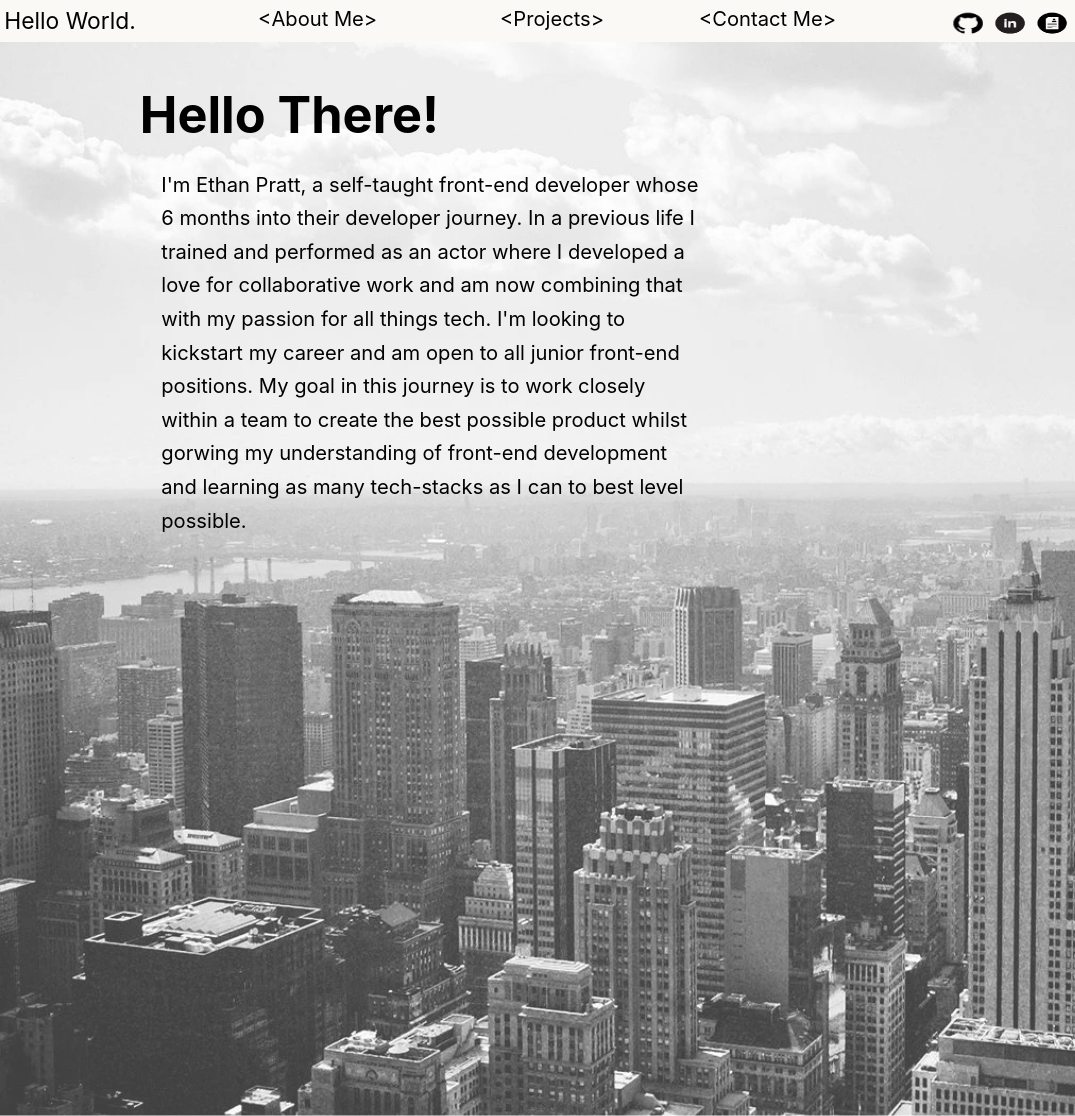
Repository: ghend99/website_ethan_pratt
Page: /about
These files come from the project's save history. The page is drawn as it stood at one moment and after the next save; the edit follows.
The browser window is 1280 px wide. The pictures show the whole page, at 84% of full size.
The project was rebuilt for these pictures with package versions that can differ from the ones it lists, and the page was loaded fresh each time. Also part of the build but not shown: src/pages/home.js, src/pages/project.js, src/css/contact.css, src/pages/contact.js.

Above is the page before, as saved 2023-04-03 12:20:37.

### public/index.html
<!DOCTYPE html>
<html lang="en">
  <head>
    <meta charset="utf-8" />
    <link rel="icon" href="%PUBLIC_URL%/favicon.ico" />
    <meta name="viewport" content="width=device-width, initial-scale=1" />
    <meta name="theme-color" content="#000000" />
    <meta
      name="description"
      content="Web site created using create-react-app"
    />
    <link rel="apple-touch-icon" href="%PUBLIC_URL%/logo192.png" />
    <!--
      manifest.json provides metadata used when your web app is installed on a
      user's mobile device or desktop. See https://developers.google.com/web/fundamentals/web-app-manifest/
    -->
    <link rel="manifest" href="%PUBLIC_URL%/manifest.json" />
    <!--
      Notice the use of %PUBLIC_URL% in the tags above.
      It will be replaced with the URL of the `public` folder during the build.
      Only files inside the `public` folder can be referenced from the HTML.

      Unlike "/favicon.ico" or "favicon.ico", "%PUBLIC_URL%/favicon.ico" will
      work correctly both with client-side routing and a non-root public URL.
      Learn how to configure a non-root public URL by running `npm run build`.
    -->
    <title>Ethan Pratt | Junior Front-End Developer</title>
  </head>
  <body>
    <noscript>You need to enable JavaScript to run this app.</noscript>
    <div id="root"></div>
    <!--
      This HTML file is a template.
      If you open it directly in the browser, you will see an empty page.

      You can add webfonts, meta tags, or analytics to this file.
      The build step will place the bundled scripts into the <body> tag.

      To begin the development, run `npm start` or `yarn start`.
      To create a production bundle, use `npm run build` or `yarn build`.
    -->
  </body>
</html>

### src/App.js
import { BrowserRouter as Router, Routes, Route } from "react-router-dom";
import { Home } from "./pages/home";
import { About } from "./pages/about.js";
import { Project } from "./pages/project.js";
import { Contact } from "./pages/contact.js";

function App() {
  return (
    <div className="App">
      <Router>
        <Routes>
          <Route path="/" element={<Home />} />
          <Route path="/projects" element={<Project />} />
          <Route path="/about" element={<About />} />
          <Route path="/contact" element={<Contact />} />
        </Routes>
      </Router>
    </div>
  );
}

export default App;

### src/pages/about.js
import "../css/about.css";
import { Header } from "../components/header.js";
import html from "../images/html.png";
import css from "../images/css.png";
import javascript from "../images/javascript.png";
import react from "../images/react.png";

export const About = () => {
  return (
    <div className="bg">
      <Header />
      <div className="about-container">
        {/* Infomration Container */}
        <div className="info-container">
          <section className="about">
            <h1 className="about-header">Hello There!</h1>
            <p className="about-paragraph">
              I'm Ethan Pratt, a self-taught front-end developer whose 6 months
              into their developer journey. In a previous life I trained and
              performed as an actor where I developed a love for collaborative
              work and am now combining that with my passion for all things
              tech. I'm looking to kickstart my career and am open to all junior
              front-end positions. My goal in this journey is to work closely
              within a team to create the best possible product whilst gorwing
              my understanding of front-end development and learning as many
              tech-stacks as I can to best level possible.
            </p>
          </section>
          <div className="technology"></div>
        </div>
      </div>
    </div>
  );
};

### src/components/header.js
import React, { useState } from "react";
import { Link } from "react-router-dom";
import "../css/header.css";
import github from "../images/github.png";
import linkedin from "../images/linkedin.png";
import resume from "../images/resume.png";
import menu from "../images/menu.png";

export const Header = () => {
  return (
    <div className="header-container">
      <Link className="header-title" to="/">
        Hello World.
      </Link>
      <Link id="header-nav" className="header-projects" to="/projects">
        &lt;Projects&gt;
      </Link>
      <Link id="header-nav" className="header-about" to="/about">
        &lt;About Me&gt;
      </Link>
      <Link id="header-nav" className="header-contact" to="/contact">
        &lt;Contact Me&gt;
      </Link>
      <a href="https://github.com/ghend99" target={"_blank"}>
        <img id="header-socials" className="header-github" src={github} />
      </a>
      <a href="https://www.linkedin.com/in/ethanapratt/" target={"_blank"}>
        <img id="header-socials" className="header-linkedin" src={linkedin} />
      </a>
      <a
        href="https://acrobat.adobe.com/link/review?uri=urn:aaid:scds:US:74a2b676-94fc-39cd-90a1-4f5be50c7792"
        target={"_blank"}
      >
        <img id="header-socials" className="header-resume" src={resume} />
      </a>

      <div className="header-socials-list">
        <a href="https://github.com/ghend99" target={"_blank"}>
          <p className="header-socials-text">Github</p>
        </a>
        <a href="https://www.linkedin.com/in/ethanapratt/" target={"_blank"}>
          <p className="header-socials-text">LinkedIn</p>
        </a>
        <a href="https://www.linkedin.com/in/ethanapratt/" target={"_blank"}>
          <p className="header-socials-text">Resume</p>
        </a>
      </div>
    </div>
  );
};

### src/css/home.css
@import url("https://fonts.googleapis.com/css2?family=Bitter&display=swap");

#center-container {
  position: relative;
  max-width: 25%;
  min-width: 500px;
  height: 20%;
  border-bottom: solid;
  /* background-color: aqua; */
  margin-left: auto;
  margin-right: auto;
  top: 10%;
  text-align: center;
  padding: 70px 0;
}

.home-name {
  top: 0;
  font-size: 50px;
  font-weight: bold;
}

.home-job-title {
  font-size: 32px;
  font-family: "Bitter";
}

.home-resume,
.home-github,
.home-linkedin {
  position: absolute;
  bottom: -50px;
  text-decoration: none;
  color: black;
  font-size: 20px;
  font-weight: bold;
  height: 50px;
  padding-bottom: 10px;
}

.home-resume:hover,
.home-github:hover,
.home-linkedin:hover {
  border-bottom: solid;
}

.home-github {
  left: 0;
}

.home-linkedin {
  left: 45%;
}

.home-resume {
  right: 0;
}

### src/css/about.css
.about-container {
  position: relative;
  max-width: 100%;
  min-width: 600px;
  max-height: 100%;
  min-height: 550px;
  /* background-color: lightyellow; */
}

.info-container {
  position: relative;
  max-width: 100%;
  min-width: 530px;
  max-height: 100%;
  min-height: 420px;
  top: 50px;
  /* background-color: lightgreen; */
}

.about-header {
  position: absolute;
  /* display: inline-block; */
  left: 13%;
  margin: 0;
  font-size: 60px;
}

.about-paragraph {
  position: absolute;
  top: 100px;
  left: 15%;
  max-width: 50%;
  min-width: 500px;
  margin: 0;
  font-size: 24px;
  line-height: 40px;
}

.technology {
  width: 100%;
  max-height: 200px;
  min-height: 100px;
}

### src/css/header.css
@import url("https://fonts.googleapis.com/css2?family=Bitter&display=swap");

.header-socials-text {
  color: black;
  text-decoration: none;
  border-bottom: none;
}

.header-container {
  position: relative;
  display: flex;
  flex-direction: row;
  max-width: 100%;
  min-width: 530px;
  max-height: 200px;
  min-height: 50px;
  background-color: #faf9f6;
  /* padding-top: 20px; */
}

.header-title {
  position: absolute;
  left: 5px;
  margin: 0;
  margin-right: clamp(20px, 50px, 30px);
  font-size: clamp(1rem, 4vw, 1.7rem);
  top: 8px;
  text-decoration: none;
  color: black;
}

#header-nav {
  position: absolute;
  display: flex;
  font-size: clamp(1rem, 4vw, 1.5rem);
  margin: 0;
  margin-right: clamp(20px, 50px, 30px);
  top: 8px;
}

.header-projects {
  left: clamp(30%, 46.5%, 60%);
  text-decoration: none;
  color: black;
}

.header-about {
  margin: 0;
  margin-left: 50px;
  margin-right: 100px;
  left: clamp(5px, 24%, 55%);
  text-decoration: none;
  color: black;
}

.header-contact {
  left: clamp(20%, 65%, 70%);
  text-decoration: none;
  color: black;
}

#header-socials {
  max-width: 11%;
  min-width: 35px;
  max-height: 50%;
  min-height: 10px;
  top: 15px;
  cursor: pointer;
}

#header-nav:hover {
  border-bottom: solid;
}

.header-github {
  position: absolute;
  right: clamp(10px, 12%, 110px);
}

.header-linkedin {
  position: absolute;
  right: clamp(5px, 10%, 60px);
}

.header-resume {
  position: absolute;
  right: clamp(10px, 10%, 10px);
}

.bg {
  position: relative;
  max-width: 100%;
  min-width: 650px;
  height: 100vh;
  min-height: 83rem;
  background-size: cover;
  background-repeat: no-repeat;
  background-position: center center;
}

.bg::before {
  content: "";
  background-image: url(../images/background-image.jpg);
  background-size: cover;
  position: absolute;
  top: 0px;
  right: 0px;
  bottom: 0px;
  left: 0px;
  opacity: 0.75;
}

.header-socials-list {
  position: absolute;
  right: 10px;
  top: 50px;
  font-size: 12px;
  font-weight: bold;
  font-family: "Bitter";
  color: black;
  opacity: 0;
  transition: all 0.2s;
}

@media screen and (min-width: 0) and (max-width: 1028px) {
  #header-socials {
    display: none;
  }

  .header-socials-list {
    opacity: 1;
  }
}

@media screen and (min-width: 0) and (max-width: 612px) {
  #header-nav {
    top: 13px;
    font-size: 22px;
  }

  .header-socials-menu {
    top: 15px;
    right: 10px;
    width: 20px;
    height: 20px;
  }
}

@media screen and (min-width: 0) and (max-width: 554px) {
  #header-nav {
    font-size: 20px;
  }

  .header-title {
    top: 15px;
    font-size: 16px;
  }
}

### src/css/project.css
@import url("https://fonts.googleapis.com/css2?family=Bitter&display=swap");

#projects-container {
  position: absolute;
  display: grid;
  grid-template-columns: 1fr 1fr 1fr;
  grid-template-rows: 3fr;
  max-width: 80%;
  min-width: 70%;
  max-height: 400vh;
  min-height: 150px;
  background-color: blue;
  /* opacity: 0.7; */
  left: 10%;
  top: 10%;
}

#single-project {
  position: relative;
  max-width: 100%;
  max-height: 600px;
  min-height: clamp(30%, 450px, 800px);
  border: solid;
  text-align: center;
  background-color: #faf9f6;
}

.project-name {
  font-family: "Bitter";
  font-size: clamp(18px, 24px, 30px);
}

#project-image {
  position: relative;
  max-width: 80%;
  max-height: 75%;
  min-height: 20%;
  top: -10px;
  margin-left: auto;
  margin-right: auto;
}

.image {
  width: 70%;
}

.project-footer {
  position: absolute;
  display: grid;
  grid-template-columns: 1fr 1fr 1fr;
  text-align: center;
  width: 100%;
  height: 6%;
  bottom: 0;
}

.source-link,
.source-demo,
.project-info {
  position: absolute;
  text-decoration: none;
  color: black;
  font-size: clamp(0.8rem, 0.5vw, 0.8rem);
  font-weight: bold;
  height: 20px;
  cursor: pointer;
}

.source-link {
  left: 5px;
}

.source-demo {
  right: 5px;
}

#project-information {
  font-size: 14px;
}

.source-link:hover,
.source-demo:hover,
.project-info:hover {
  border-bottom: solid;
}

@media screen and (min-width: 0) and (max-width: 1028px) {
  #project-container {
    grid-template-columns: 1fr 1fr 1fr;
  }

  #single-project {
    height: 50%;
  }

  .project-footer {
    grid-template-rows: 0.5fr;
    bottom: 0;
  }

  .source-link,
  .source-demo,
  .project-info {
    font-size: 10px;
    font-weight: bold;
  }

  .source-link {
    margin: 0;
  }

  .source-demo {
    margin: 0;
    right: 7px;
  }

  .project-info {
    margin: 0;
    top: -4px;
  }
}

@media screen and (min-width: 0) and (max-width: 708px) {
  #projects-container {
    height: 20%;
  }

  .project-footer {
    bottom: 0;
  }

  .source-link,
  .source-demo,
  .project-info {
    font-size: 8px;
  }

  /* #single-project {
    min-height: 300px;
  } */
}

Loaded but not shown: src/index.js (common file); src/index.css (common file)

After the next save:
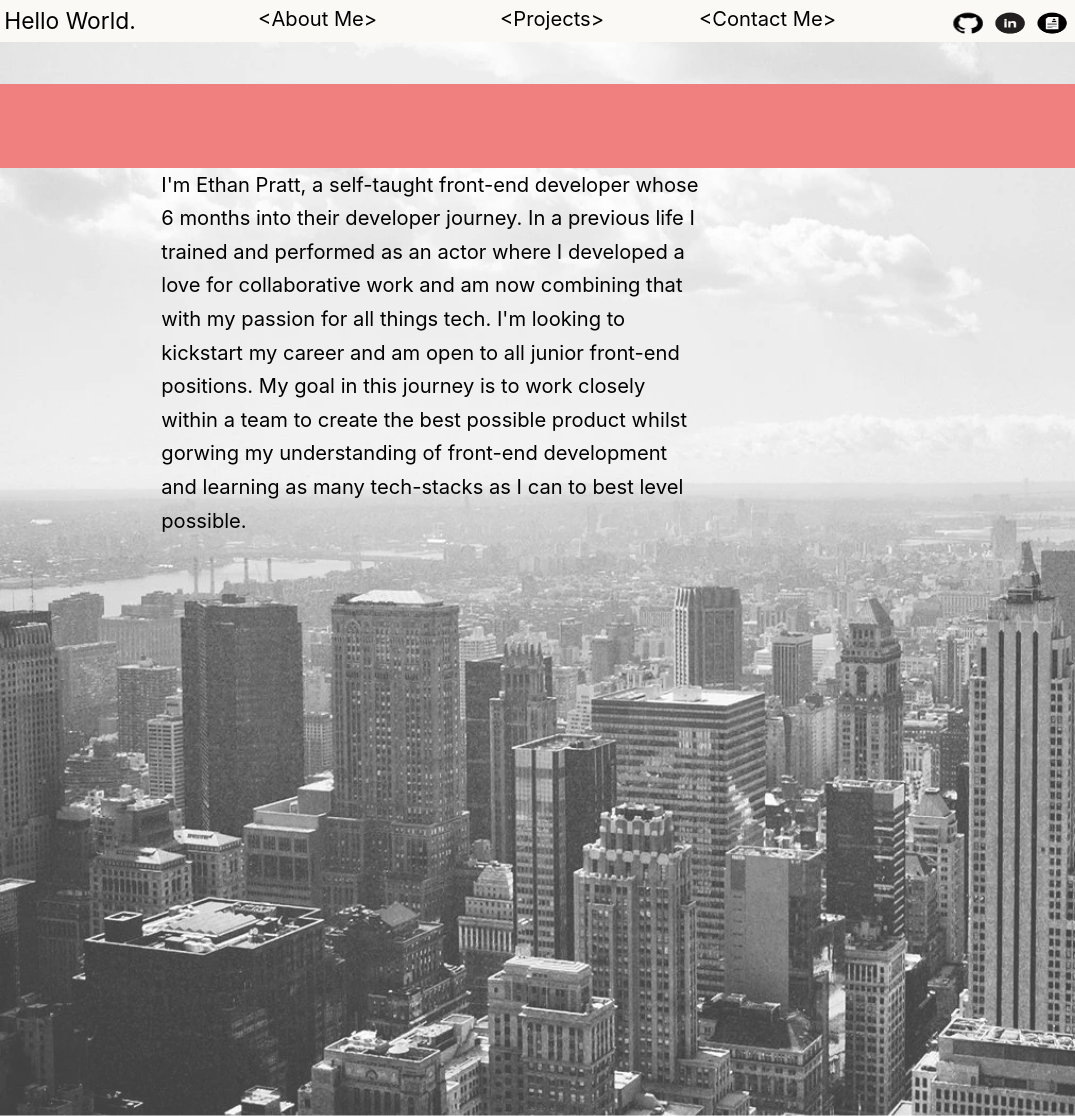
Saved 8 s later.
--- a/src/css/about.css
+++ b/src/css/about.css
@@ -37,7 +37,9 @@
 }
 
 .technology {
+  position: relative;
   width: 100%;
   max-height: 200px;
   min-height: 100px;
+  background-color: lightcoral;
 }
